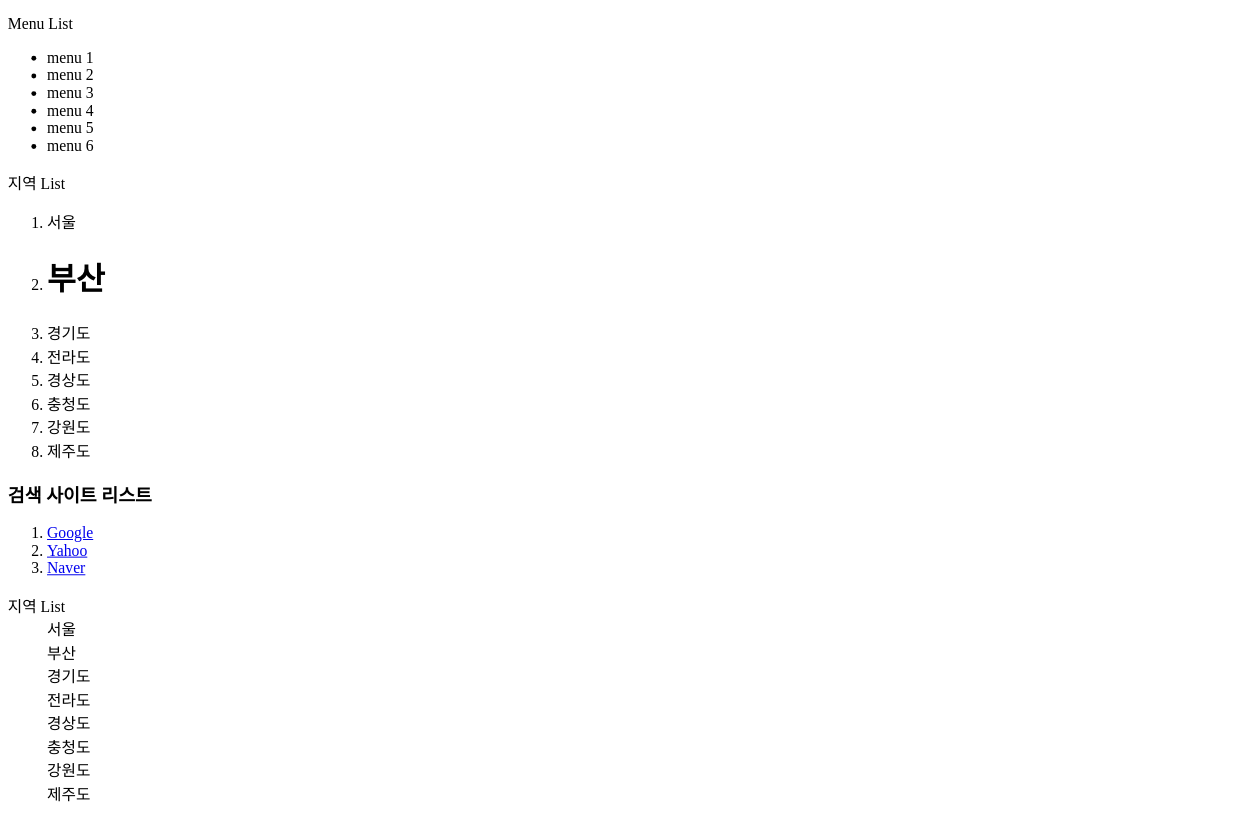
Repository: usonihs/StudyX
Page: JSP/HTML/src/main/webapp/Lec03.html
An editor plug-in stored every save of this project. The page is shown before and after the next save, followed by the edit.
The browser window is 1280 px wide. The pictures show the whole page, at 98% of full size.

Above is the page before, as saved 2022-10-19 03:43:05.

After the next save:
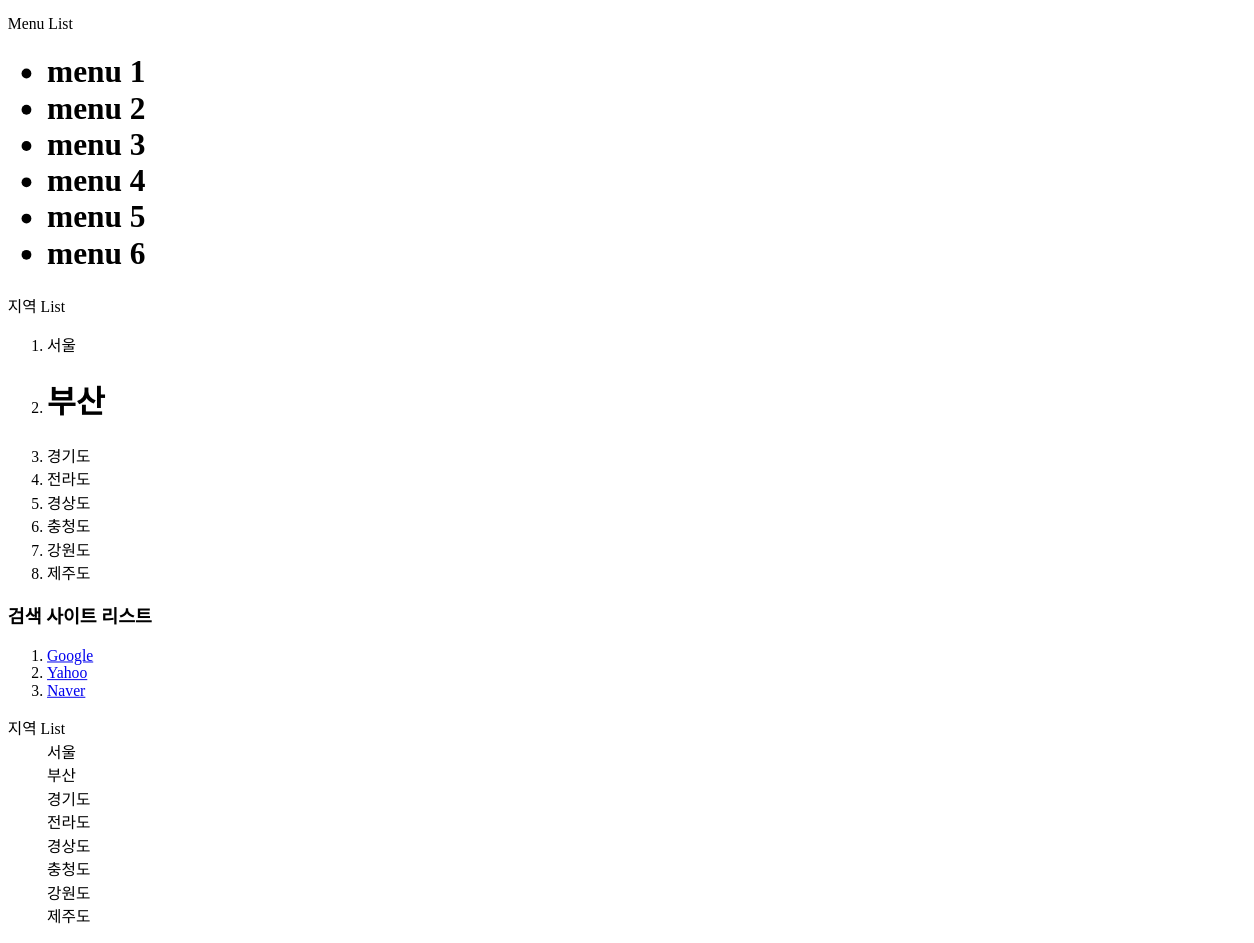
Saved 43 s later.
--- a/JSP/HTML/src/main/webapp/Lec03.html
+++ b/JSP/HTML/src/main/webapp/Lec03.html
@@ -6,13 +6,14 @@
 </head>
 <body>
 	<p>Menu List</p>
-	<ul>
+	<ul><h1>
 		<li>menu 1</li>
 		<li>menu 2</li>
 		<li>menu 3</li>
 		<li>menu 4</li>
 		<li>menu 5</li>
 		<li>menu 6</li>
+	</h1>
 	</ul>
 
 	<p>지역 List</p>

After the save that followed:
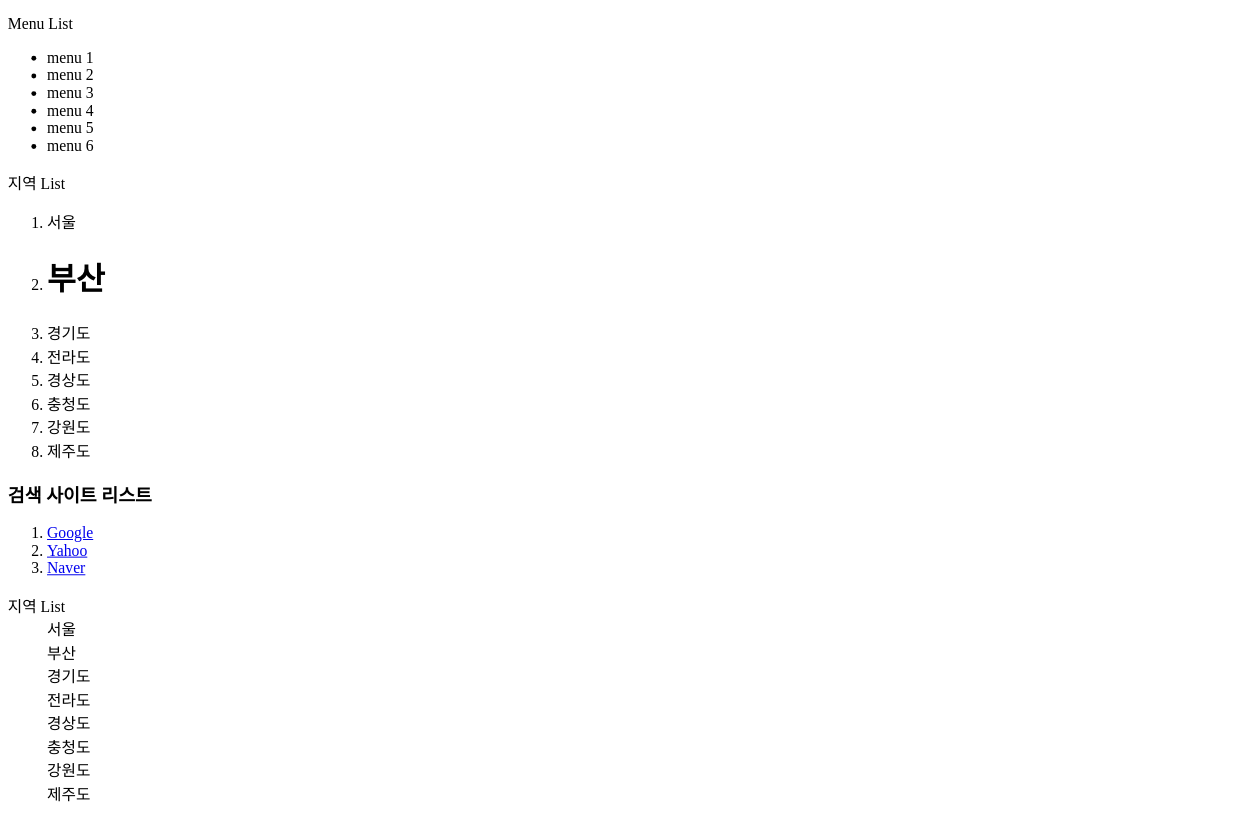
Saved 15 s later.
--- a/JSP/HTML/src/main/webapp/Lec03.html
+++ b/JSP/HTML/src/main/webapp/Lec03.html
@@ -6,14 +6,13 @@
 </head>
 <body>
 	<p>Menu List</p>
-	<ul><h1>
+	<ul>
 		<li>menu 1</li>
 		<li>menu 2</li>
 		<li>menu 3</li>
 		<li>menu 4</li>
 		<li>menu 5</li>
 		<li>menu 6</li>
-	</h1>
 	</ul>
 
 	<p>지역 List</p>
